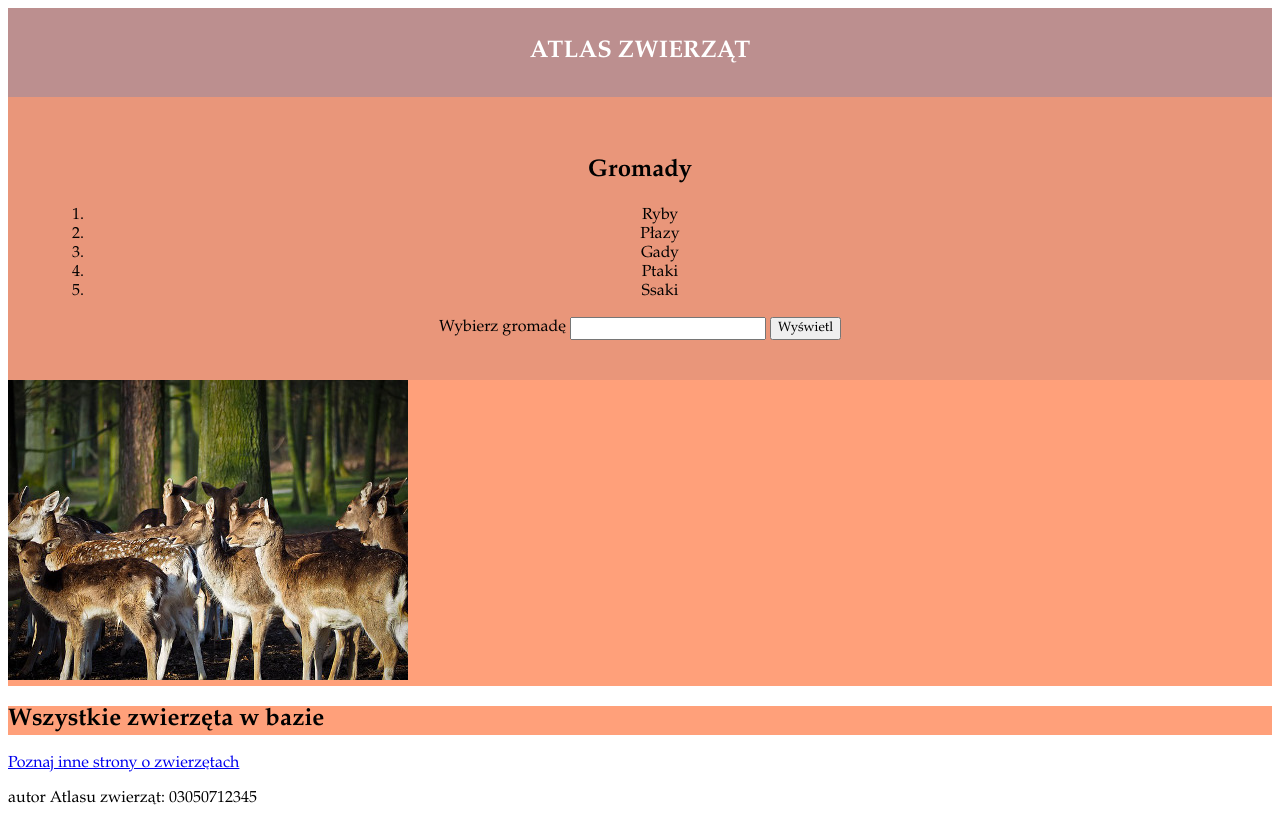
Repository: Lenerystia/HTML
Page: Zad.egz_3/index.html
These files come from the project's save history. The page is drawn as it stood at one moment and after the next save; the edit follows.
The browser window is 1280 px wide. The pictures show the whole page.

Above is the page before, as saved 2021-12-22 13:47:55.

### Zad.egz_3/index.html
<!DOCTYPE html>
<head>
    <meta http-equiv="content-type" type="text/html" charset="UTF-8">
    <title>Dane o zwierzętach</title>
    <link rel="stylesheet" href="styl3.css">
</head>
<body>
    <section class="baner">
        <h1>ATLAS ZWIERZĄT</h1>
    </section>
    <section class="formularz">
        <h2>Gromady</h2>
        <ol>
            <li>Ryby</li>
            <li>Płazy</li>
            <li>Gady</li>
            <li>Ptaki</li>
            <li>Ssaki</li>
        </ol>
        <form action="http://www.przykładowastrona.com" method="post">Wybierz gromadę
            <input type="number" name="Wybierz gromadę" id="gromada">
            <input type="submit" value="Wyświetl">
        </form>
    </section>
    <section class="glownyLewy">
        <img src="zwierzeta.jpg" alt="dzikie zwierzęta">
    </section>
    <section class="glownySrodkowy">

    </section>
    <section class="glownyPrawy">
        <h2>Wszystkie zwierzęta w bazie</h2>
    </section>
    <section class="stopka">
        <a href="atlas-zwierzat.pl" target="_blank">Poznaj inne strony o zwierzętach</a>
        <p>autor Atlasu zwierząt: 03050712345</p>
    </section>
</body>
</html>

### Zad.egz_3/styl3.css
*{
    font-family: Garamond;
}
.baner{
    background-color: rosybrown;
    color: white;
    text-align: center;
    padding: 10px;
}
.formularz{
    background-color: darksalmon;
    text-align: center;
    padding: 40px;
}
.glownyLewy, .glownyPrawy{
    background-color: lightsalmon;
}
.glownySrodkowy{

}

After the next save:
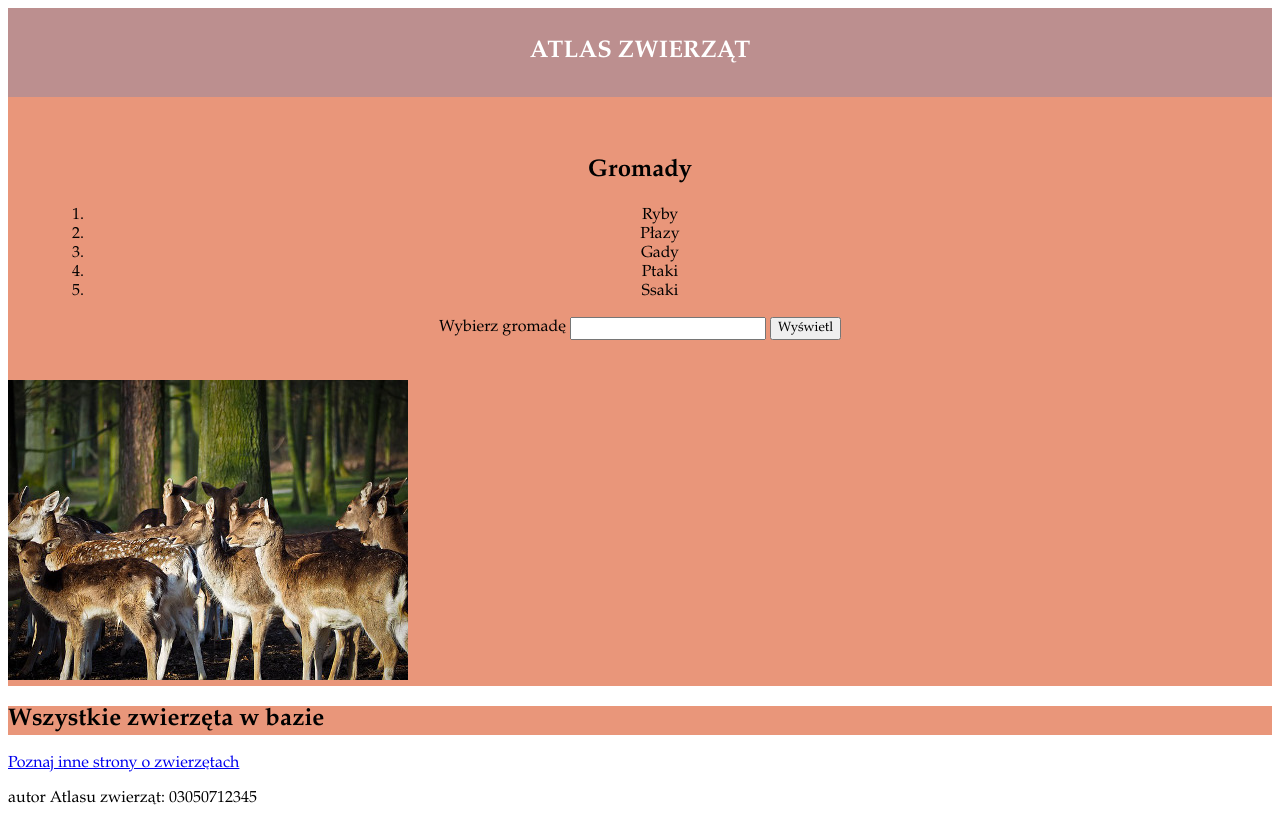
Saved 19 s later.
--- a/Zad.egz_3/styl3.css
+++ b/Zad.egz_3/styl3.css
@@ -13,8 +13,8 @@
     padding: 40px;
 }
 .glownyLewy, .glownyPrawy{
+    background-color: darksalmon;
+}
+.glownySrodkowy{
     background-color: lightsalmon;
 }
-.glownySrodkowy{
-
-}
